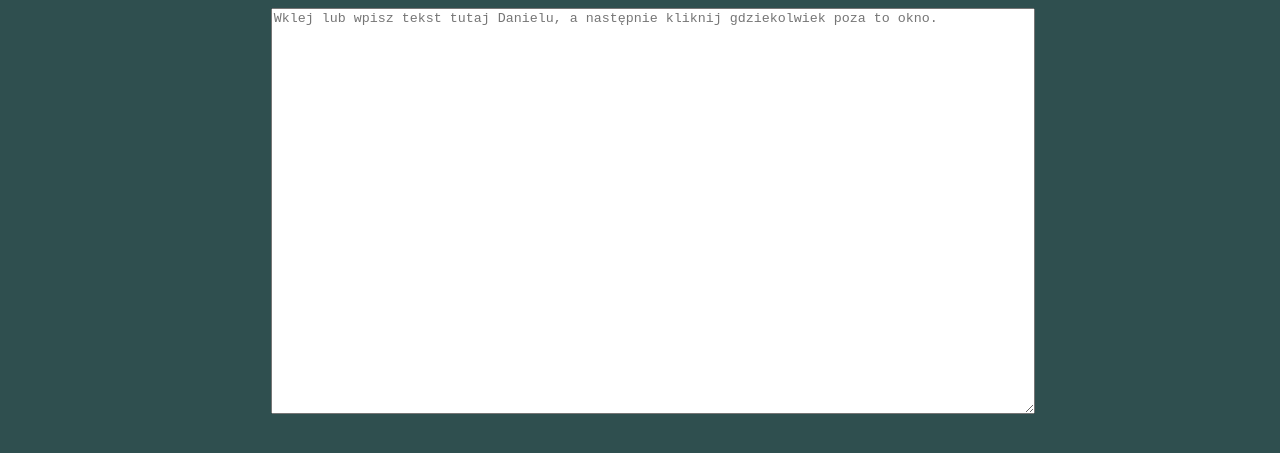
Repository: Gyeboorovsky/Playground
Page: Lettter Counter for Daniel/LetterCounter.html
An editor plug-in stored every save of this project. The page is shown before and after the next save, followed by the edit.
The browser window is 1280 px wide. The pictures show the whole page.

Above is the page before, as saved 2020-04-05 03:24:43.

### Lettter Counter for Daniel/LetterCounter.html
<!DOCTYPE html>
<html>
    <head>
        <link rel="stylesheet" type="text/css" href="style.css">
    </head>
    <body>
        <div id="letters">

        </div>
        <div id="textarea">
            <textarea id="input" placeholder="Wklej lub wpisz tekst tutaj Danielu, a następnie kliknij gdziekolwiek poza to okno." onchange="countLetters()"></textarea>
        </div>
        <script>

            function countLetters() {
                document.getElementById("letters").innerHTML = "";
                const text = document.getElementById("input").value;
                textLength = text.length;
                var unorderedList = [...text].reduce((a, e) => { a[e] = a[e] ? a[e] + 1 : 1; return a }, {});
                console.log(unorderedList); // {h: 1, e: 1, l: 2, o: 1}


                const orderedList = {};
                Object.keys(unorderedList).sort().forEach(function(key) {
                    orderedList[key] = unorderedList[key];
                });
                console.log(orderedList);

                var keys = Object.keys(orderedList);
                var values = Object.values(orderedList);

                var div = document.getElementById("letters");
                var letters;

                for(i=0; i < keys.length; i++){
                    div.innerHTML += `${keys[i]} - ${values[i]} <br>`;
                }
            }

        </script>
    </body>
</html>

### Lettter Counter for Daniel/style.css
textarea {
    width: 100%;
    height: 400px;
    back-color: lightgrey;
}

body {
    display: flex;
    background-color: darkslategray;
}

#textarea {
    margin: auto;
    width: 60%;
    height: 400px;
}

#letters {
    color: lightgrey;
    font-size: 30px;
    margin-top: 20px;
    margin-left: 20px;
}

After the next save:
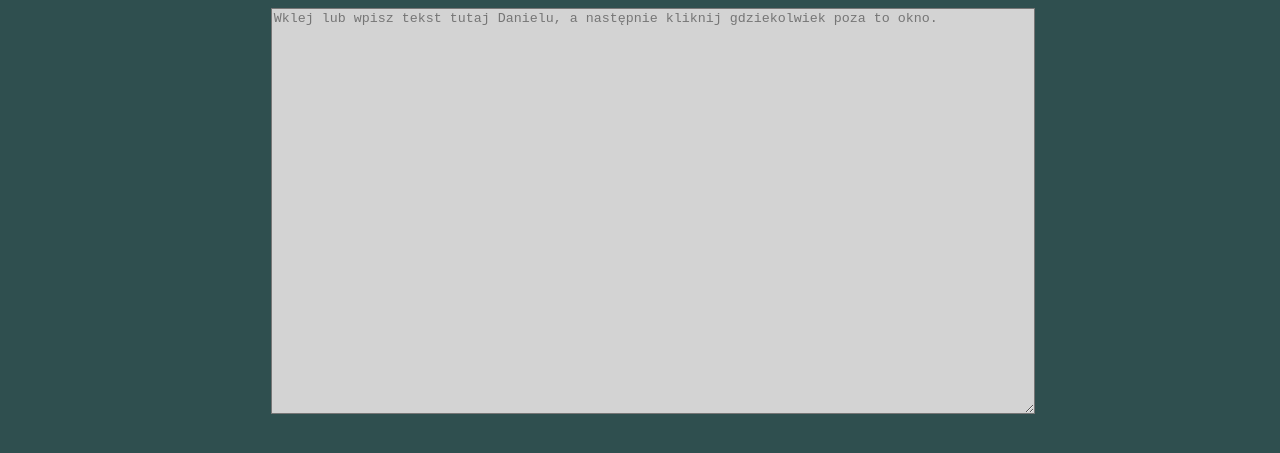
Saved 11 s later.
--- a/Lettter Counter for Daniel/style.css
+++ b/Lettter Counter for Daniel/style.css
@@ -1,7 +1,7 @@
 textarea {
     width: 100%;
     height: 400px;
-    back-color: lightgrey;
+    background-color: lightgrey;
 }
 
 body {
